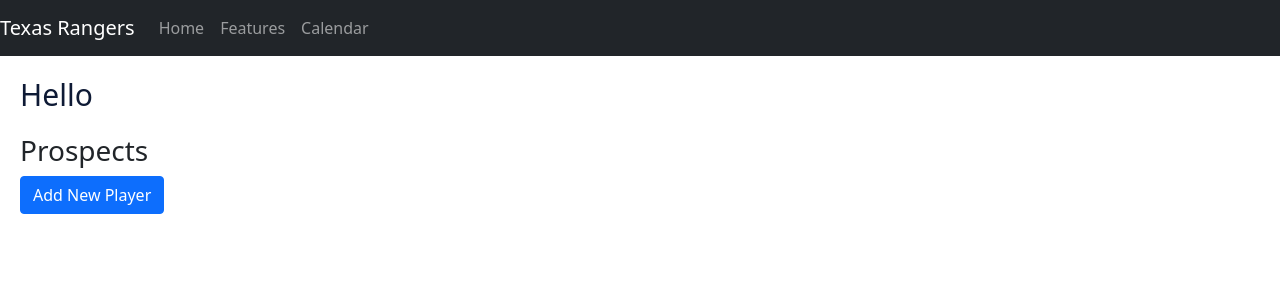
Repository: qfernandez/rangers-project
Page: http://localhost/main
The author's editor kept a record of every edit. The page is drawn from the files as they stood at one moment, then again after the next edit.
The browser window is 1280 px wide. The pictures show the whole page.
Some web libraries are served in a nearby version. The page is served by the project's Node server (app.js). Queries for data that is not in the repository find no rows.

Above is the page before.
Console error: ReferenceError: $ is not defined

### views/main.ejs
<%- include('partials/header.ejs') %>
                    <div class="user-dashboard">
                        <h1>Hello</h1>
                        <h3>Prospects</h3>
                            <div class="row">
                                <form action="/addPlayer">
                                    <button class="btn btn-primary"> Add New Player </button>
                                </form>

                                <!--Lists the players-->
                              <% playerList.forEach(function(player){  %>
                               <div class="col-lg-4 col-md-6 mb-4">
                                 <div class="card h-100">
                                  <div class="card-body">
                                    <h5 class="card-title">
                                        <img class='col-sm-4 portrait' src=<%=player.playerPicture%> />
                                        Name: <%= player.playerName %> <br>
                                        Position: <%= player.playerPosition %> <br>
                                        Age: <%= player.playerAge %> <br>
                                        <a class="btn btn-primary btn-sm" href="/playerView?name=<%= player.playerName %>">Info</a>
                                        <a class="btn btn-primary btn-sm" href="/edit?name=<%= player.playerName %>">Update</a>
                                        <a onclick="deleteConfirm()" class="btn btn-primary btn-sm" href="/deletePlayer?id=<%= player.playerId %>">Delete</a>
                                    </h5>
                                    </div>
                                  </div>
                               </div>
                               <!--<div class="offcanvas offcanvas-end" tabindex="-1" id="offcanvasRight" aria-labelledby="offcanvasRightLabel">-->
                               <!--     <div class="offcanvas-header">-->
                               <!--         <h5 id="offcanvas-title" id="offcanvasScrollingLabel"></h5><%= player.playerName %></h5><br>-->
                               <!--         <div class="offcanvas-body">-->
                               <!--             <img class='col-sm-10 portrait' src=<%=player.playerPicture%> /><br>-->
                               <!--             Position: <%= player.playerPosition %><br>-->
                               <!--             Age: <%= player.playerAge %> <br>-->
                               <!--             Height: <%= player.playerHeight %> <br>-->
                               <!--             Weight: <%= player.playerWeight %> <br>-->
                               <!--             Bats: <%= player.playerBats %> <br>-->
                               <!--             Throws: <%= player.playerThrows %> <br>-->
                               <!--             Grade: <%= player.playerGrade %> <br>-->
                               <!--             Notes: <%= player.playerNotes %> <br>-->
                               <!--         </div>-->
                               <!--     <button type="button" class="btn-close text-reset" data-bs-dismiss="offcanvas" aria-label="Close"></button>-->
                               <!--   </div>-->
                               <!-- </div>-->
                            <% }) %>
</body>
</html>

### views/partials/header.ejs
<!DOCTYPE html>
<html>
    <head>
        <title>Texas Rangers Project</title>
        <script type="text/javascript" src="functions/functions.js"></script>
        <script src="https://ajax.googleapis.com/ajax/libs/jquery/3.2.1/jquery.min.js"></script>
        <link rel="stylesheet" href="css/styles.css" type="text/css"/>
        <link href="https://cdn.jsdelivr.net/npm/bootstrap@5.1.3/dist/css/bootstrap.min.css" rel="stylesheet" integrity="sha384-1BmE4kWBq78iYhFldvKuhfTAU6auU8tT94WrHftjDbrCEXSU1oBoqyl2QvZ6jIW3" crossorigin="anonymous">
        <script src="https://cdn.jsdelivr.net/npm/@popperjs/core@2.10.2/dist/umd/popper.min.js" integrity="sha384-7+zCNj/IqJ95wo16oMtfsKbZ9ccEh31eOz1HGyDuCQ6wgnyJNSYdrPa03rtR1zdB" crossorigin="anonymous"></script>
        <script src="https://cdn.jsdelivr.net/npm/bootstrap@5.1.3/dist/js/bootstrap.min.js" integrity="sha384-QJHtvGhmr9XOIpI6YVutG+2QOK9T+ZnN4kzFN1RtK3zEFEIsxhlmWl5/YESvpZ13" crossorigin="anonymous"></script>
    </head>
    <link href="https://maxcdn.bootstrapcdn.com/font-awesome/4.6.3/css/font-awesome.min.css" rel="stylesheet" integrity="sha384-T8Gy5hrqNKT+hzMclPo118YTQO6cYprQmhrYwIiQ/3axmI1hQomh7Ud2hPOy8SP1" crossorigin="anonymous">

    <!--Deprecated Admin Page-->

    <nav class="navbar navbar-expand-lg navbar-dark bg-dark">
      <a class="navbar-brand" href="#">Texas Rangers</a>
      <button class="navbar-toggler" type="button" data-toggle="collapse" data-target="#navbarNav" aria-controls="navbarNav" aria-expanded="false" aria-label="Toggle navigation">
        <span class="navbar-toggler-icon"></span>
      </button>
      <div class="collapse navbar-collapse" id="navbarNav">
        <ul class="navbar-nav">
          <li class="nav-item active">
            <a class="nav-link" href="/main">Home <span class="sr-only">(current)</span></a>
          </li>
          <li class="nav-item">
            <a class="nav-link" href="#">Features</a>
          </li>
          <li class="nav-item">
            <a class="nav-link" href="/Calendar">Calendar</a>
          </li>
        </ul>
      </div>
    </nav>

    <!--<body class="home">-->
    <!--    <div class="container-fluid display-table">-->
    <!--        <div class="row display-table-row">-->
                <!--SideBar-->
    <!--            <div class="col-md-2 col-sm-1 hidden-xs display-table-cell v-align box" id="navigation">-->
    <!--                <div class="navi">-->
    <!--                    <ul>-->
    <!--                        <li class="active"><a href="/main"><i class="fa fa-home" aria-hidden="true"></i><span class="hidden-xs hidden-sm">Home</span></a></li>-->
    <!--                        <li><a href="/main"><i class="fa fa-tasks" aria-hidden="true"></i><span class="hidden-xs hidden-sm">Workflow *Work in Progress*</span></a></li>-->
    <!--                        <li><a href="#"><i class="fa fa-bar-chart" aria-hidden="true"></i><span class="hidden-xs hidden-sm">Statistics *Work in Progress*</span></a></li>-->
    <!--                        <li><a href="/calendar"><i class="fa fa-user" aria-hidden="true"></i><span class="hidden-xs hidden-sm">Calender *Work in Progress*</span></a></li>-->
    <!--                        <li><a href="#"><i class="fa fa-cog" aria-hidden="true"></i><span class="hidden-xs hidden-sm">Setting *Work in Progress*</span></a></li>-->
    <!--                        <li><a href="#"><i class="fa fa-cog" aria-hidden="true"></i><span class="hidden-xs hidden-sm">Logout</span></a></li>-->
    <!--                    </ul>-->
    <!--                </div>-->
    <!--            </div>-->
    <!--            <div class="col-md-10 col-sm-11 display-table-cell v-align">-->

                    <!--Not Using these functions at the moment-->

                    <!--<button type="button" class="slide-toggle">Slide Toggle</button> -->
                    <!--<div class="row">-->
                    <!--    <header>-->
                    <!--        <div class="col-md-7">-->
                                <!--<nav class="navbar-default pull-left">-->
                                    <!--<div class="navbar-header">-->
                                    <!--    <button type="button" class="navbar-toggle collapsed" data-toggle="offcanvas" data-target="#side-menu" aria-expanded="false">-->
                                    <!--        <span class="sr-only">Toggle navigation</span>-->
                                    <!--        <span class="icon-bar"></span>-->
                                    <!--        <span class="icon-bar"></span>-->
                                    <!--        <span class="icon-bar"></span>-->
                                    <!--    </button>-->
                                    <!--</div>-->
                                <!--</nav>-->
                                <!--<div class="search hidden-xs hidden-sm">-->
                                <!--    <input type="text" placeholder="Search" id="search">-->
                                <!--</div>-->
                    <!--        </div>-->
                    <!--        <div class="col-md-5">-->
                    <!--            <div class="header-rightside">-->
                    <!--                <ul class="list-inline header-top pull-right">-->
                    <!--                    <li><a href="#"><i class="fa fa-envelope" aria-hidden="true"></i></a></li>-->
                    <!--                    <li class="dropdown">-->
                    <!--                        <ul class="dropdown-menu">-->
                    <!--                            <li>-->
                    <!--                                <div class="navbar-content">-->
                    <!--                                    <p class="text-muted small">-->
                    <!--                                    </p>-->
                    <!--                                    <div class="divider">-->
                    <!--                                    </div>-->
                    <!--                                    <a href="#" class="view btn-sm active">View Profile</a>-->
                    <!--                                </div>-->
                    <!--                            </li>-->
                    <!--                        </ul>-->
                    <!--                    </li>-->
                    <!--                </ul>-->
                    <!--            </div>-->
                    <!--        </div>-->
                    <!--    </header>-->
                    <!--</div>-->

Loaded but not shown: public/functions/functions.js (360 lines, source omitted); app.js (264 lines, source omitted); public/css/styles.css (1175 lines, source omitted)

After the next edit:
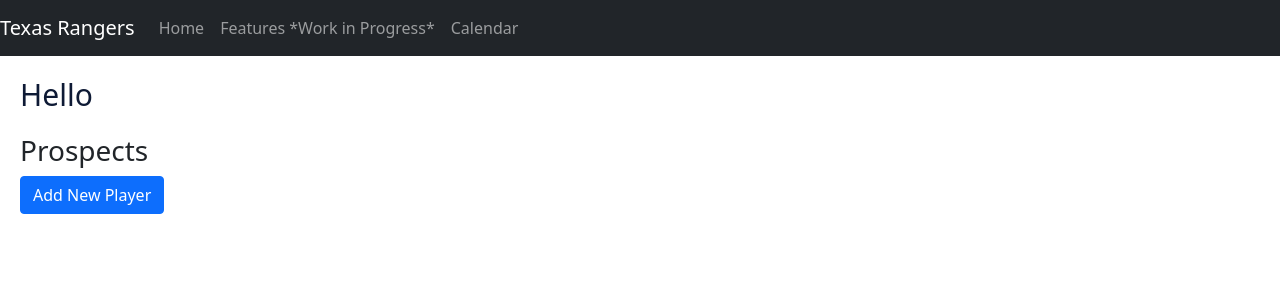
The edit:
--- a/views/partials/header.ejs
+++ b/views/partials/header.ejs
@@ -24,7 +24,7 @@
             <a class="nav-link" href="/main">Home <span class="sr-only">(current)</span></a>
           </li>
           <li class="nav-item">
-            <a class="nav-link" href="#">Features</a>
+            <a class="nav-link" href="#">Features *Work in Progress*</a>
           </li>
           <li class="nav-item">
             <a class="nav-link" href="/Calendar">Calendar</a>
